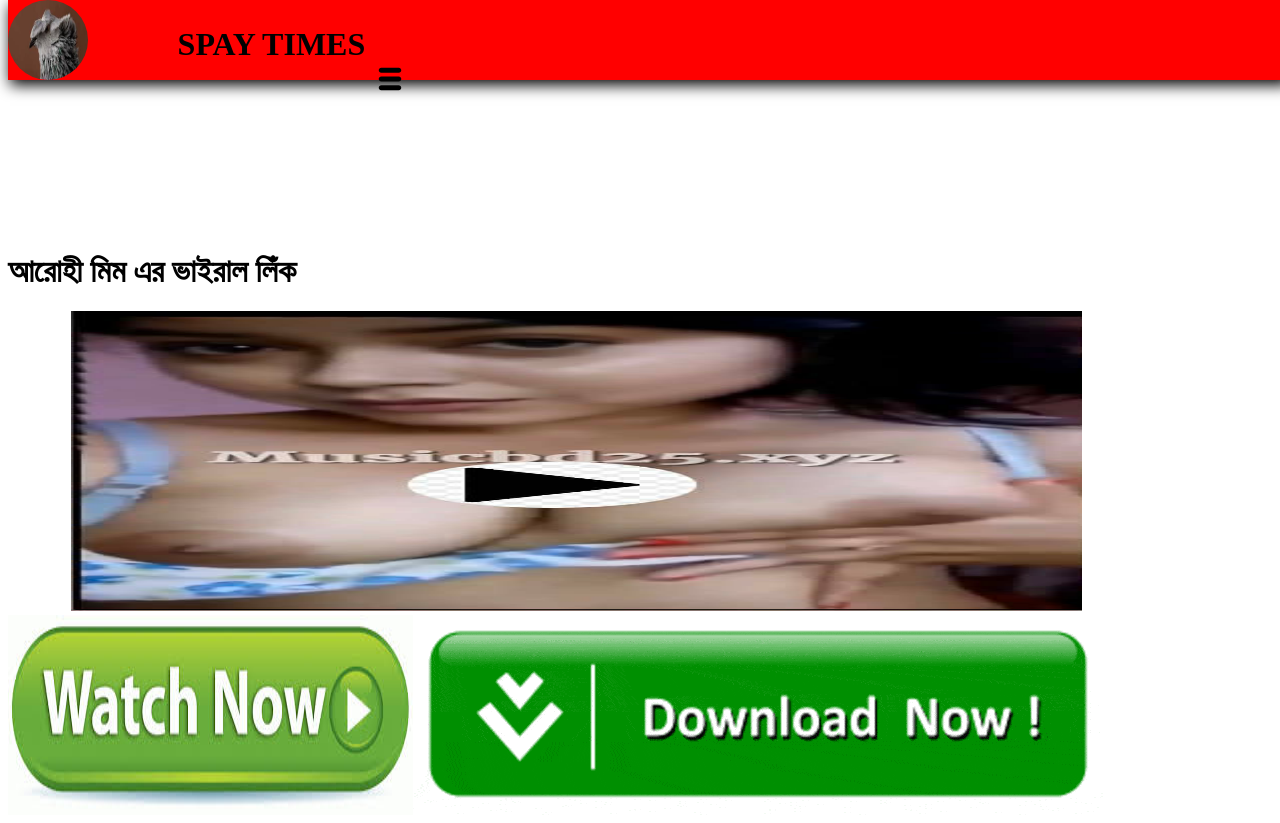
Repository: ridhukhan/spytimes
Page: /
The author's editor kept a copy of each file at every save. The page is drawn from the files as they stood at one save, then again after the next save.
The browser window is 1280 px wide. The pictures show the whole page.
The project was rebuilt for these pictures with package versions that can differ from the ones it lists, and the page was loaded fresh each time. Also part of the build but not shown: vite.config.js, src/nav/Navbar.css, src/components/policy/PrivecyPolicy.jsx, src/components/policy/Terms.jsx, src/components/trending/TrendingDetails.jsx, src/components/ads/ExoclicBanner.jsx, src/components/ads/MagSrvInPlaceAd.jsx, src/pages/heath/Dieabeties.jsx and 5 more.

Above is the page before, as saved 2026-01-16 15:23:25.

After the next save:
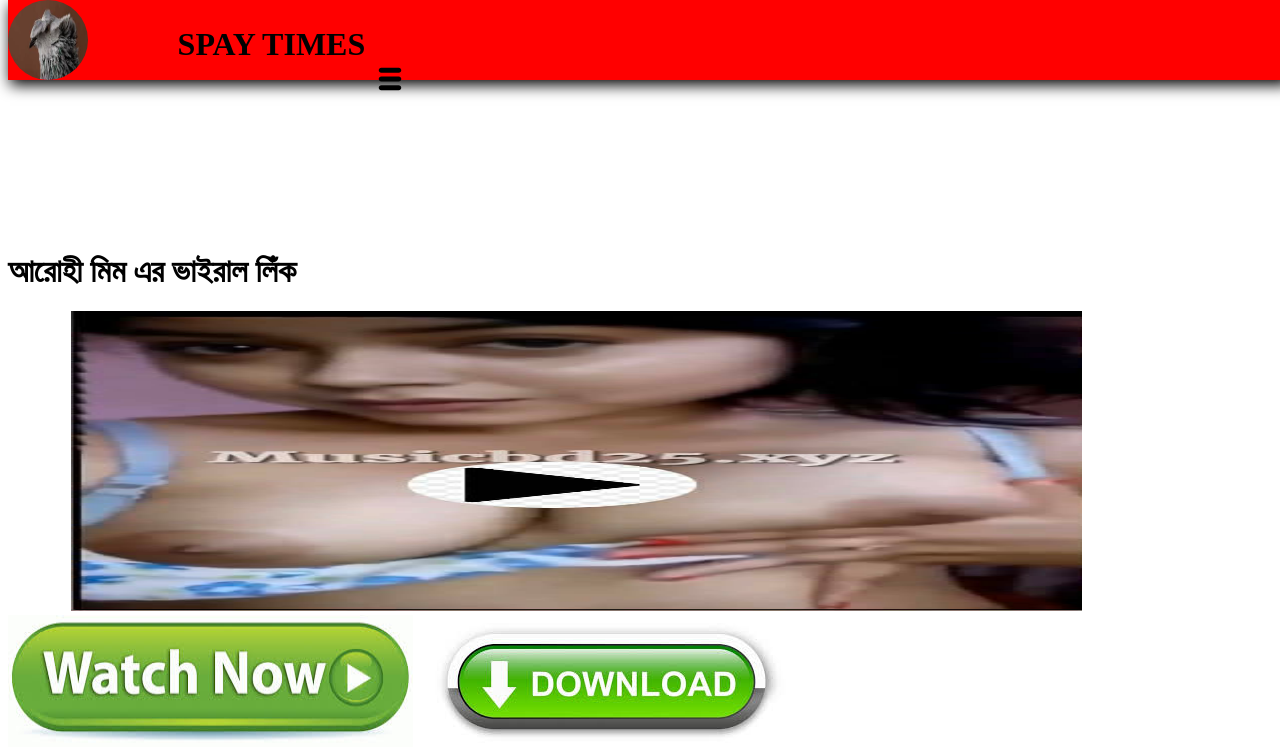
Saved 3 min 43 s later.
--- a/src/pages/home/Home.jsx
+++ b/src/pages/home/Home.jsx
@@ -1,7 +1,7 @@
 import React from 'react'
 import arhoimim from "../../assets/arohimim.jpeg"
 import watchnow from "../../assets/watchnow.jpeg"
-import downloadnnow from "../../assets/downloadnow2.gif"
+import downloadnnow from "../../assets/download3.jpeg"
 const Home = () => {
   return (
     <div style={{marginTop:"20%"}}>
